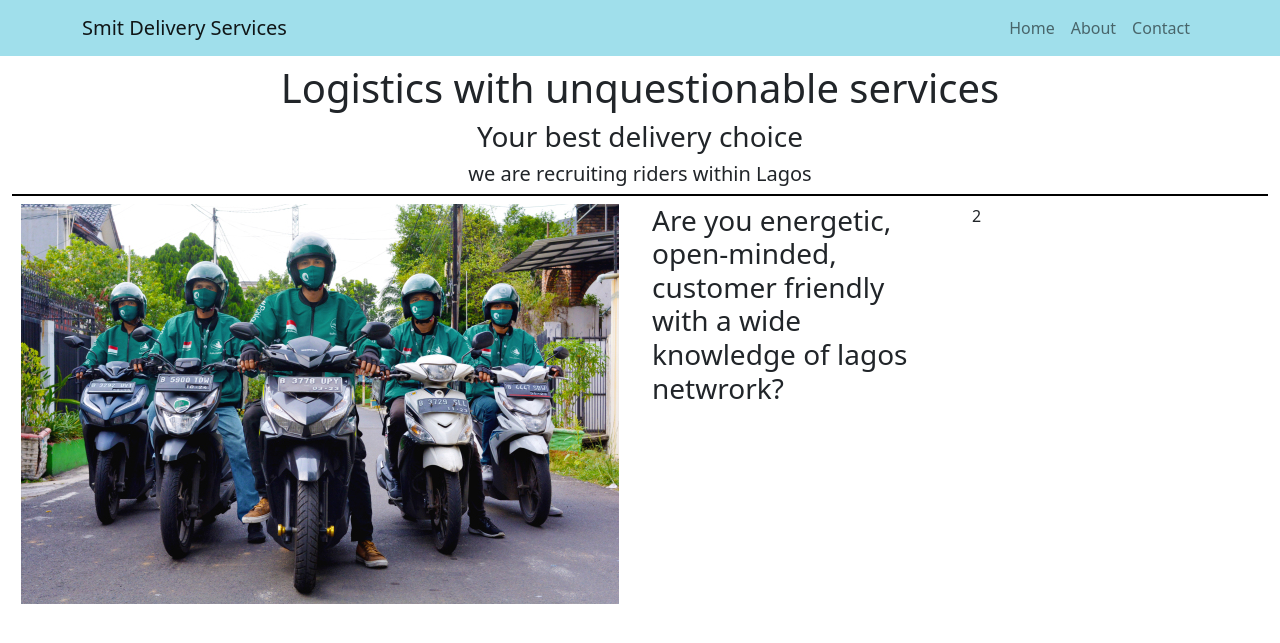
Repository: smit1298/logistic
Page: /
An editor plug-in stored every save of this project. The page is shown before and after a run of saves, followed by the edit.
The browser window is 1280 px wide. The pictures show the whole page.
The project was rebuilt for these pictures with package versions that can differ from the ones it lists, and the page was loaded fresh each time.

Above is the page before, as saved 2021-10-04 08:19:31.

### public/index.html
<!DOCTYPE html>
<html lang="en">
  <head>
    <meta charset="utf-8" />
    <link rel="icon" href="%PUBLIC_URL%/favicon.ico" />
    <meta name="viewport" content="width=device-width, initial-scale=1" />
    <meta name="theme-color" content="#000000" />
    <meta
      name="description"
      content="Web site created using create-react-app"
    />
    <link rel="apple-touch-icon" href="%PUBLIC_URL%/logo192.png" />

    <link rel="manifest" href="%PUBLIC_URL%/manifest.json" />

    <title>Smit Delivery Services</title>
  </head>
  <body>
    <noscript>You need to enable JavaScript to run this app.</noscript>
    <div id="root"></div>

  </body>
</html>

### src/App.js
// import './App.css';
import Navs from './components/navs/Navs';
import RecruitForm from './components/recruit/RecruitForm';

function App() {
  return (
    <div>
      <Navs />
      <RecruitForm />
    </div>
  );
}

export default App;

### src/components/Navs/Navs.jsx
import React from "react";
import "bootstrap/dist/css/bootstrap.css";
import { Navbar, Container, Nav } from "react-bootstrap";
import './Navs.css'

 const Navs = () => {
  return (
    <div>
      <Navbar id='navbar' bg="light" expand="lg">
        <Container>
          <Navbar.Brand href="#home">Smit Delivery Services</Navbar.Brand>
          <Navbar.Toggle aria-controls="basic-navbar-nav" />
          <Navbar.Collapse id="basic-navbar-nav">
            <Nav className="ms-auto">
              <Nav.Link href="#home">Home</Nav.Link>
              <Nav.Link href="#about">About </Nav.Link>
              <Nav.Link href="#contact">Contact </Nav.Link>
            </Nav>
          </Navbar.Collapse>
        </Container>
      </Navbar>
    </div>
  );
};

export default Navs;

### src/components/recruit/RecruitForm.jsx
import React from "react";
import "bootstrap/dist/css/bootstrap.css";
import { Row, Col} from "react-bootstrap";
import Left from "../images/background.jpg";
import "./RecruitForm.css";

const recruitForm = () => {
  return (
    <div className="container-fluid" id="recruit">
      <div className="mt-2 justify-content-md-center" id="top">
        <h1 className="text-center">Logistics with unquestionable services</h1>
        <h3 className="text-center">Your best delivery choice</h3>
        <h5 className="text-center">we are recruiting riders within Lagos</h5>
      </div>
      <Row className="mt-2">
        <Col className=" mb-2 ms-auto text-center">
          <img src={Left} alt="we are recruiting riders" />
        </Col>
        <Col className="me-auto ">
          <Row>
            <Col className="vaccancy"><h3>Are you energetic, open-minded, customer friendly with a wide knowledge of lagos netwrork?</h3></Col>
            <Col>2</Col>
          </Row>
          {/* <Form className="me-auto" >
            <Row className="mb-3">
              <Form.Group as={Col} controlId="formGridName">
                <Form.Label>First Name</Form.Label>
                <Form.Control type="name" placeholder="Enter firstname" />
              </Form.Group>
              <Form.Group as={Col} controlId="formGridName">
                <Form.Label>Last Name</Form.Label>
                <Form.Control type="name" placeholder="Enter lastname" />
              </Form.Group>
            </Row>
            <Form.Group className="mb-3" controlId="formGridAddress1">
              <Form.Label>Address</Form.Label>
              <Form.Control placeholder="12 Smit St, ikeja, Lagos Mainland" />
            </Form.Group>
            <Form.Group className="mb-3" controlId="formGridPhone">
              <Form.Label>Phone Number</Form.Label>
              <Form.Control placeholder="Enter Your Phone number" />
            </Form.Group>

            <Form.Group>
              <p>Do you have a rider permit ?</p>
              <div class="form-check form-check-inline">
                <input
                  class="form-check-input"
                  type="radio"
                  name="inlineRadioOptions"
                  id="inlineRadio1"
                  value="option1"
                />
                <label class="form-check-label" for="inlineRadio1">
                  Yes
                </label>
              </div>
              <div class="form-check form-check-inline">
                <input
                  class="form-check-input"
                  type="radio"
                  name="inlineRadioOptions"
                  id="inlineRadio2"
                  value="option2"
                />
                <label class="form-check-label" for="inlineRadio2">
                  No
                </label>
              </div>
            </Form.Group>
            <br />
            <Button variant="primary" type="submit">
              Submit
            </Button>
          </Form> */}
        </Col>
      </Row>
    </div>
  );
};

export default recruitForm;

### src/components/Navs/Navs.css
#navbar{
    background-color: rgb(160, 223, 235) !important;
    font-weight: 400 !important;
}

### src/components/recruit/RecruitForm.css
body,
html {
  height: 100% !important;
}


#top {
    border-bottom: 2px solid black;
  /* background-image: url("../images/lorry.jpg"); */
  height: 100% !important;
  background-position: center;
  background-repeat: no-repeat;
  background-size: cover;
  /* border: 1px solid black; */
  /* border-radius: 10px; */
}

#top h1{
font
}

Loaded but not shown: src/index.js (common file); src/index.css (common file); src/reportWebVitals.js (common file)

After the next 2 saves:
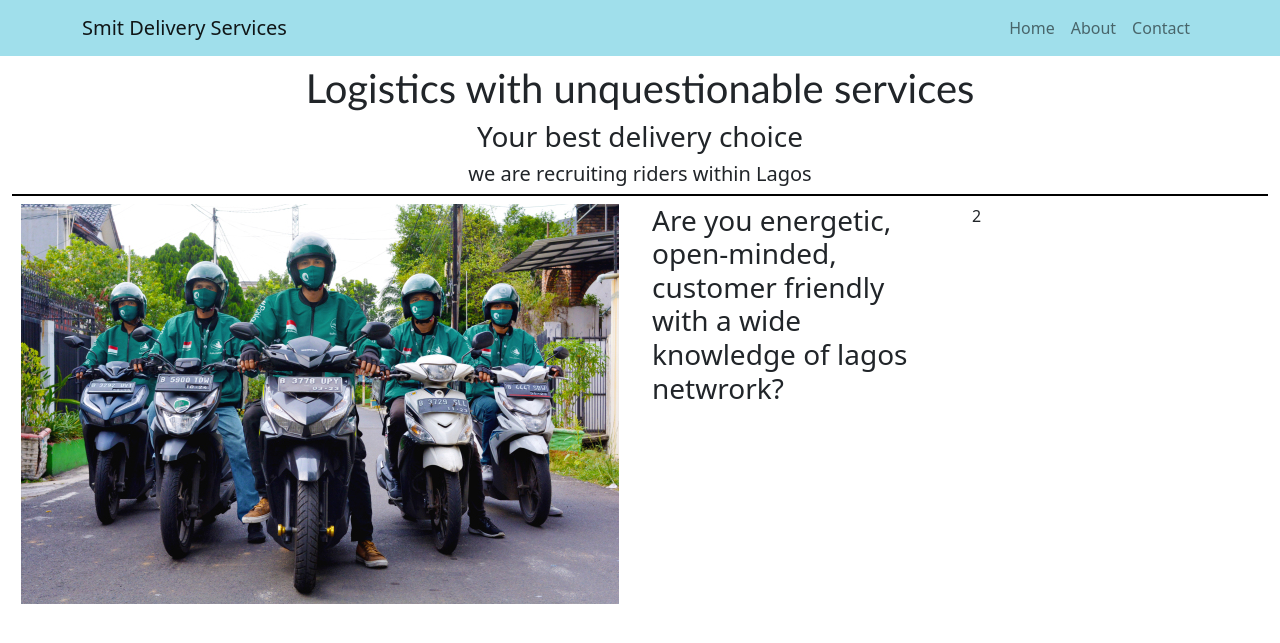
The 2 saves are shown as one change because they came seconds apart.
The last was saved 8 s later.
--- a/src/components/recruit/RecruitForm.css
+++ b/src/components/recruit/RecruitForm.css
@@ -16,5 +16,5 @@ html {
 }
 
 #top h1{
-font
+font-family: 'Gill Sans', 'Gill Sans MT', Calibri, 'Trebuchet MS', sans-serif;
 }
